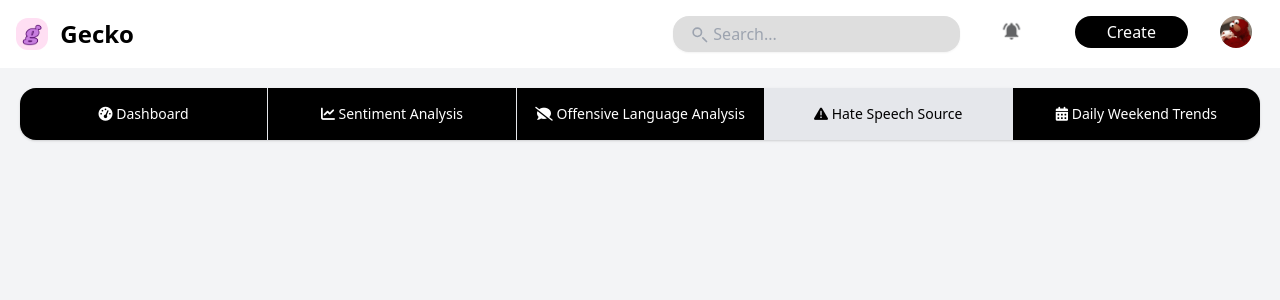
Repository: theamgri/thesis-website-nextjs
Page: DWT.html
An editor plug-in stored every save of this project. The page is shown before and after the next save, followed by the edit.
The browser window is 1280 px wide. The pictures show the whole page.

Above is the page before, as saved 2023-10-07 10:17:44.

After the next save:
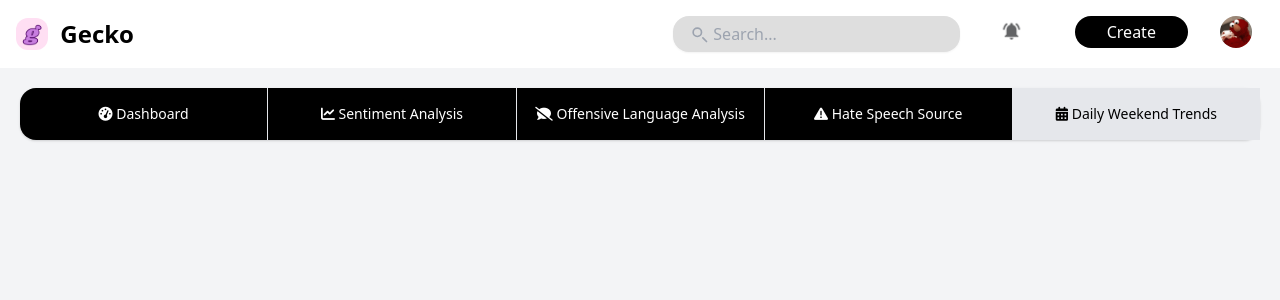
Saved 13 s later.
--- a/DWT.html
+++ b/DWT.html
@@ -109,12 +109,12 @@
           </a>
       </li>
       <li class="w-full">
-          <a href="#" class="inline-block font-medium w-full p-4 text-black bg-gray-200 focus:ring-4 focus:ring-blue-300 focus:outline-none">
+          <a href="#" class="inline-block font-medium w-full p-4 rounded-r-lg hover:text-white focus:ring-4 focus:outline-none focus:ring-blue-300 dark:hover:bg-gray-700">
               <i class="fas fa-exclamation-triangle"></i> Hate Speech Source
           </a>
       </li>
       <li class="w-full">
-          <a href="#" class="inline-block font-medium w-full p-4 rounded-r-lg hover:text-white focus:ring-4 focus:outline-none focus:ring-blue-300 dark:hover:bg-gray-700">
+          <a href="#" class="inline-block font-medium w-full p-4 text-black bg-gray-200 focus:ring-4 focus:ring-blue-300 focus:outline-none">
               <i class="fas fa-calendar-alt"></i> Daily Weekend Trends
           </a>
       </li>
